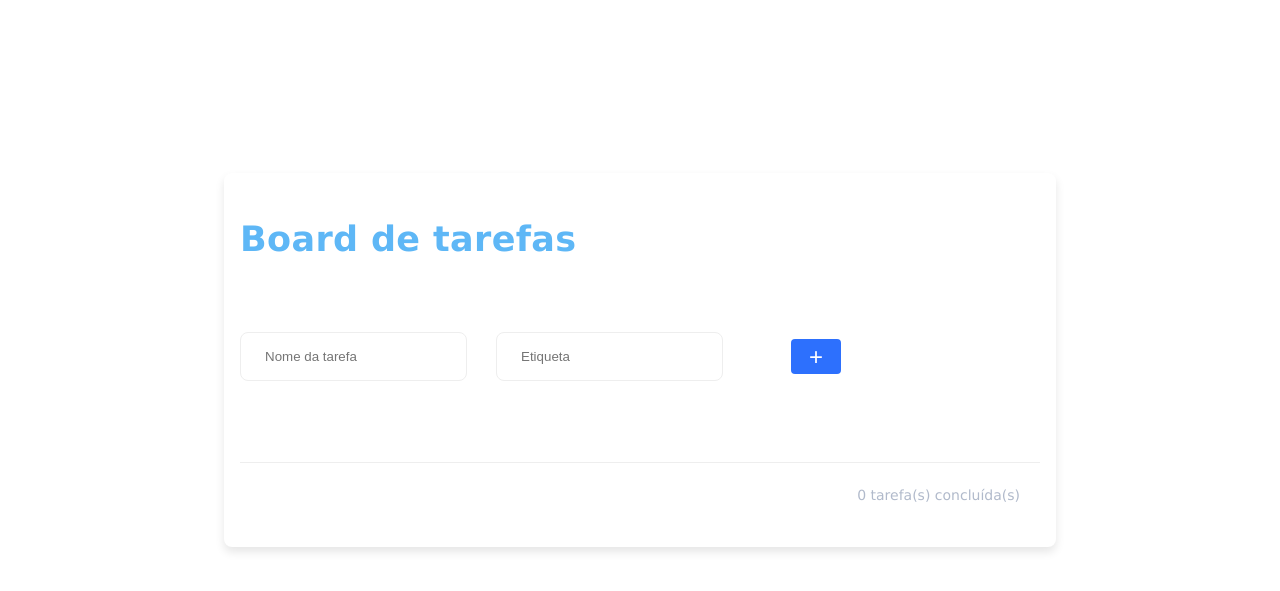
Repository: elasoares/RID187500_Desafio3
Page: index.html
An editor plug-in stored every save of this project. The page is shown before and after the next save, followed by the edit.
The browser window is 1280 px wide. The pictures show the whole page.

Above is the page before, as saved 2024-12-03 19:42:49.

After the next save:
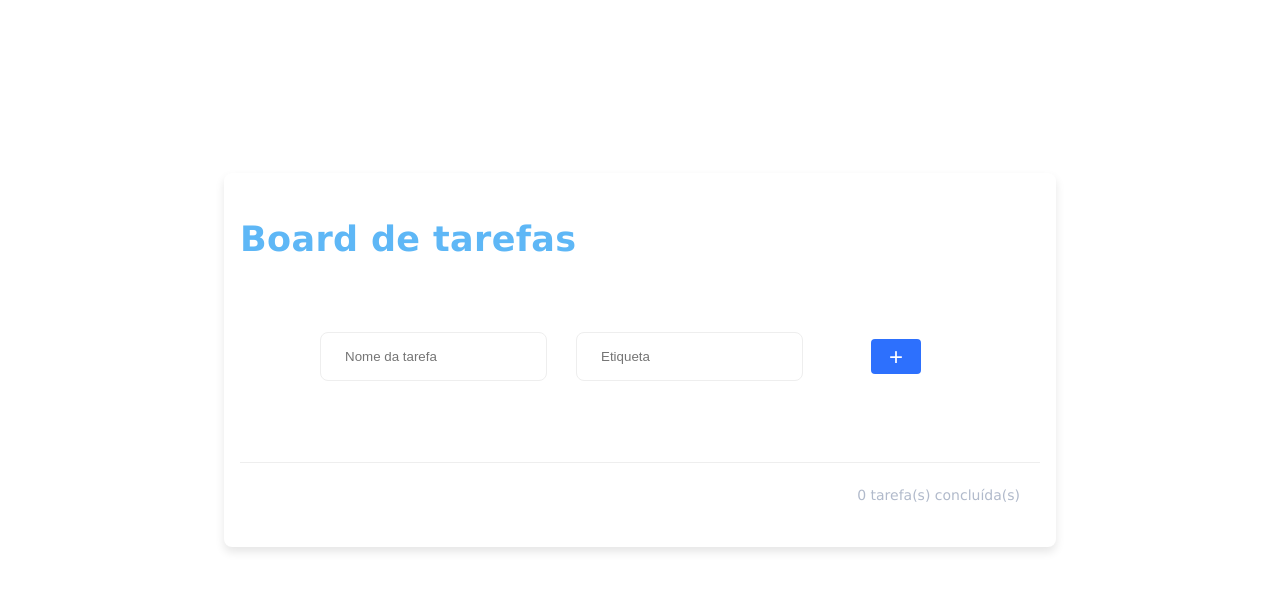
Saved 19 s later.
--- a/style.css
+++ b/style.css
@@ -253,6 +253,9 @@ input:focus {
         max-width: 50rem;
         padding: 2.4rem 1.6rem;
     }
+    #create-todo-section{
+        align-items: center;
+    }
     #create-todo-form{
         flex-direction: row;
         align-items: center;
